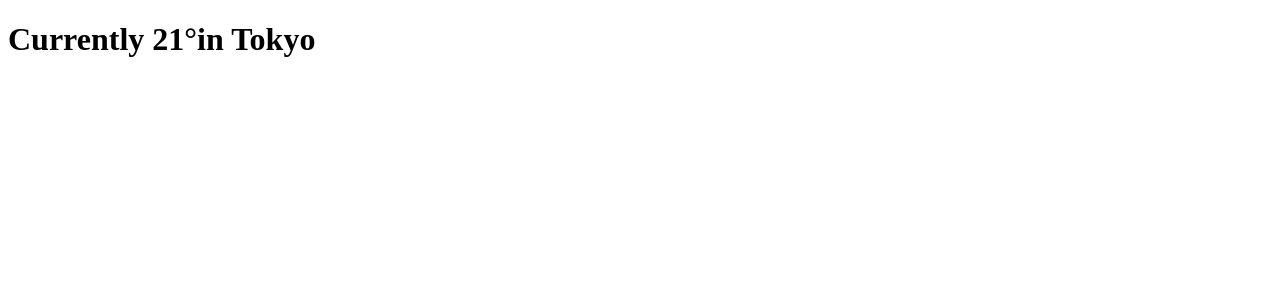
Repository: onalennaleso/empty
Page: homework.html
The author's editor kept a copy of each file at every save. The page is drawn from the files as they stood at one save, then again after the next save.
The browser window is 1280 px wide. The pictures show the whole page.

Above is the page before, as saved 2024-02-02 00:42:25.

After the next save:
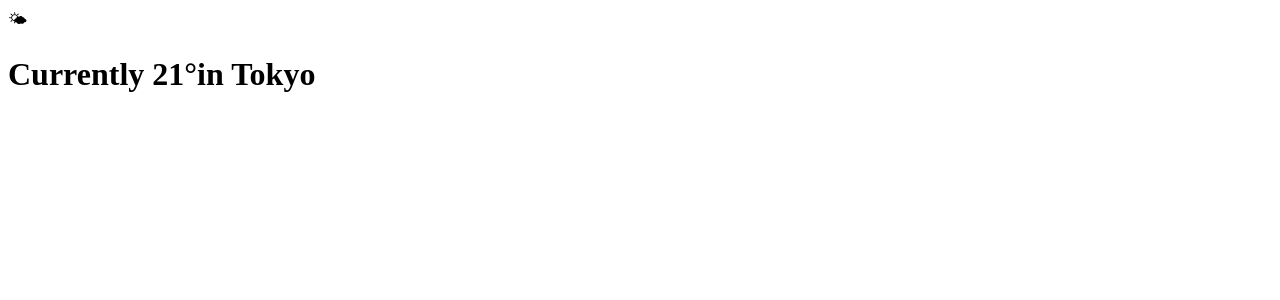
Saved 33 s later.
--- a/homework.html
+++ b/homework.html
@@ -6,6 +6,7 @@
     <meta name="viewport" content="width=>, initial-scale=1.0">
     <title>Weather demo</title>
 </head>
+&#127780;
 
 <body>
     <h1>
